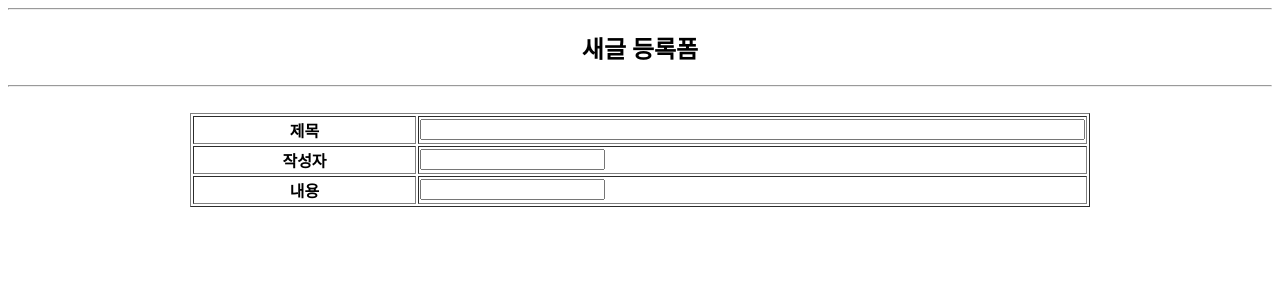
Repository: sunnny10/web-workspace
Page: http://localhost/Mission-Web/jsp/board/writeForm.jsp
The author's editor kept a copy of each file at every save. The page is drawn from the files as they stood at one save, then again after the next save.
The browser window is 1280 px wide. The pictures show the whole page.
The page is served by Tomcat 9. Other server files are loaded and not shown.

Above is the page before, as saved 2022-06-02 08:13:12.

### Mission-Web/src/main/webapp/jsp/board/writeForm.jsp
<%@ page language="java" contentType="text/html; charset=UTF-8"
    pageEncoding="UTF-8"%>
<!DOCTYPE html>
<html>
<head>
<meta charset="UTF-8">
<title>Insert title here</title>
</head>
<body>
	<div align="center">
		<hr>
		<h2>새글 등록폼</h2>
		<hr>
		<br>
		<form>
			<table border="1" style="width=80%">
				<tr>
					<th width="25%">제목</th>
					<td><input type="text" name="title" size="80"></td>
				</tr>
				<tr>
					<th width="25%">작성자</th>
					<td><input type="text" name="writer"></td>
				</tr>
				<tr>
					<th width="25%">내용</th>
					<td><input type="textarea" name="writer"></td>
				</tr>
			</table>
		</form>
	</div>
</body>
</html>

After the next save:
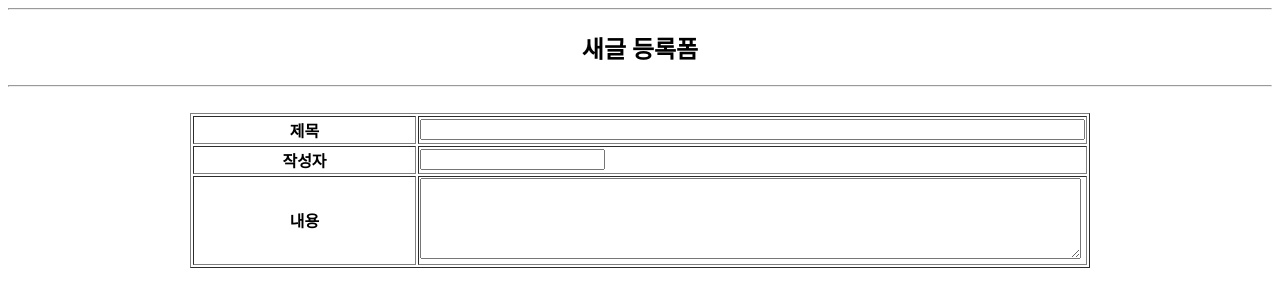
Saved 27 s later.
--- a/Mission-Web/src/main/webapp/jsp/board/writeForm.jsp
+++ b/Mission-Web/src/main/webapp/jsp/board/writeForm.jsp
@@ -24,7 +24,9 @@
 				</tr>
 				<tr>
 					<th width="25%">내용</th>
-					<td><input type="textarea" name="writer"></td>
+					<td>
+						<textarea rows="5" cols="80" name="content"></textarea>
+					</td>
 				</tr>
 			</table>
 		</form>
